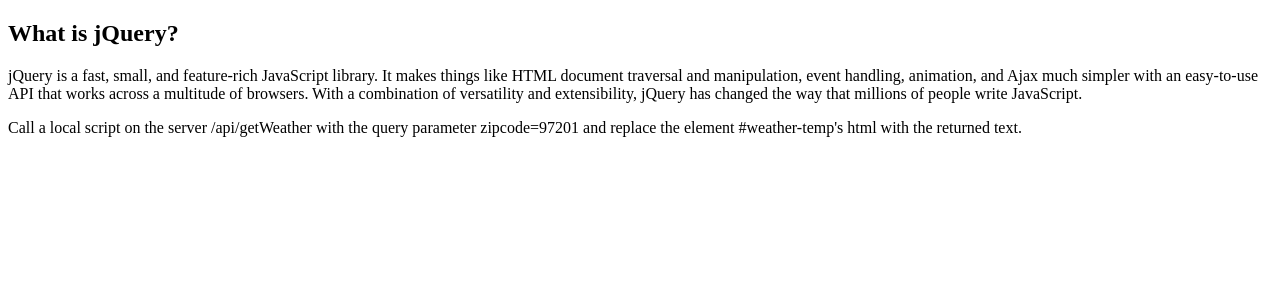
Repository: Migorithm/front_work
Page: front05_JQuery/src/main/webapp/1_selector/jq03_selector.html
An editor plug-in stored every save of this project. The page is shown before and after the next save, followed by the edit.
The browser window is 1280 px wide. The pictures show the whole page.

Above is the page before, as saved 2021-09-03 01:26:39.

After the next save:
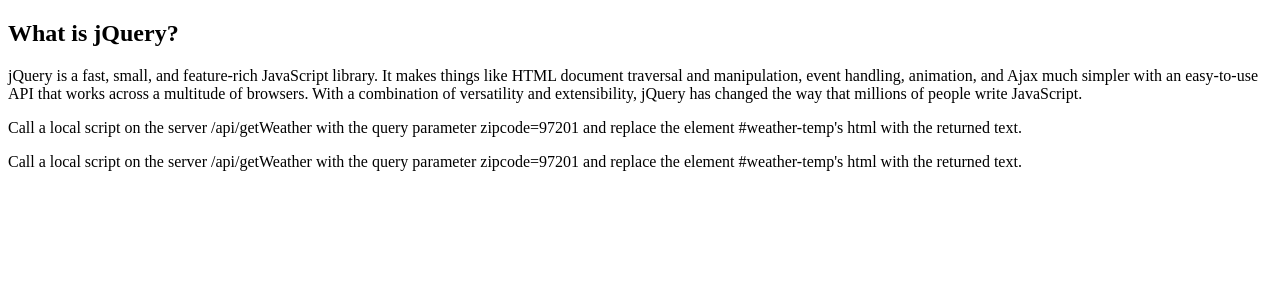
Console error (its wording comes from the project's code and is left out).
Saved 105 s later.
--- a/front05_JQuery/src/main/webapp/1_selector/jq03_selector.html
+++ b/front05_JQuery/src/main/webapp/1_selector/jq03_selector.html
@@ -9,7 +9,8 @@
 <script src="https://ajax.googleapis.com/ajax/libs/jquery/3.6.0/jquery.min.js"></script>
 <script>
 	$(function(){
-
+		//h2,p태그를 한꺼번에 모두 선택자로 지정..
+		$("$header",".content").css("color","orange")
 		});
 </script>
 
@@ -19,6 +20,7 @@
 <h2 id="header">What is jQuery?</h2>
 <p class="content p1">jQuery is a fast, small, and feature-rich JavaScript library. It makes things like HTML document traversal and manipulation, event handling, animation, and Ajax much simpler with an easy-to-use API that works across a multitude of browsers. With a combination of versatility and extensibility, jQuery has changed the way that millions of people write JavaScript.</p>
 <p class="content p2">Call a local script on the server /api/getWeather with the query parameter zipcode=97201 and replace the element #weather-temp's html with the returned text.</p>
+<p class="content p3">Call a local script on the server /api/getWeather with the query parameter zipcode=97201 and replace the element #weather-temp's html with the returned text.</p>
 
 </body>
 </html>

After the 6 saves that followed:
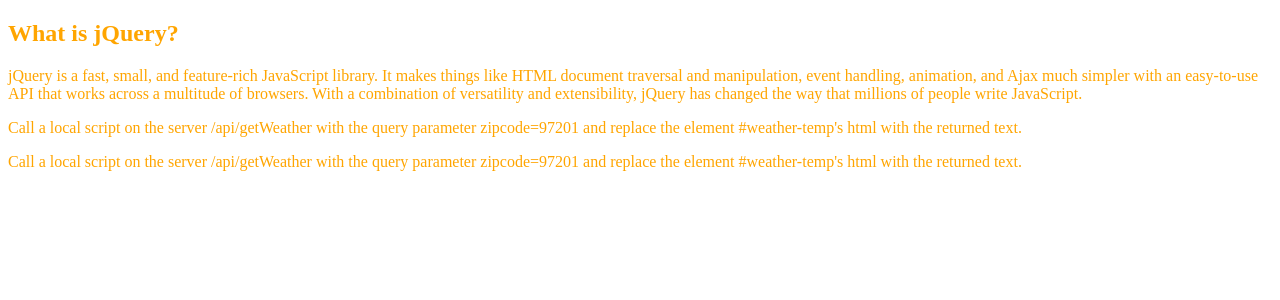
The error is gone.
The 6 saves are shown as one change because 5 left the picture as it was.
The last was saved 3 min 47 s later.
--- a/front05_JQuery/src/main/webapp/1_selector/jq03_selector.html
+++ b/front05_JQuery/src/main/webapp/1_selector/jq03_selector.html
@@ -10,7 +10,7 @@
 <script>
 	$(function(){
 		//h2,p태그를 한꺼번에 모두 선택자로 지정..
-		$("$header",".content").css("color","orange")
+		$('h2, p').css("color","orange");
 		});
 </script>
 
